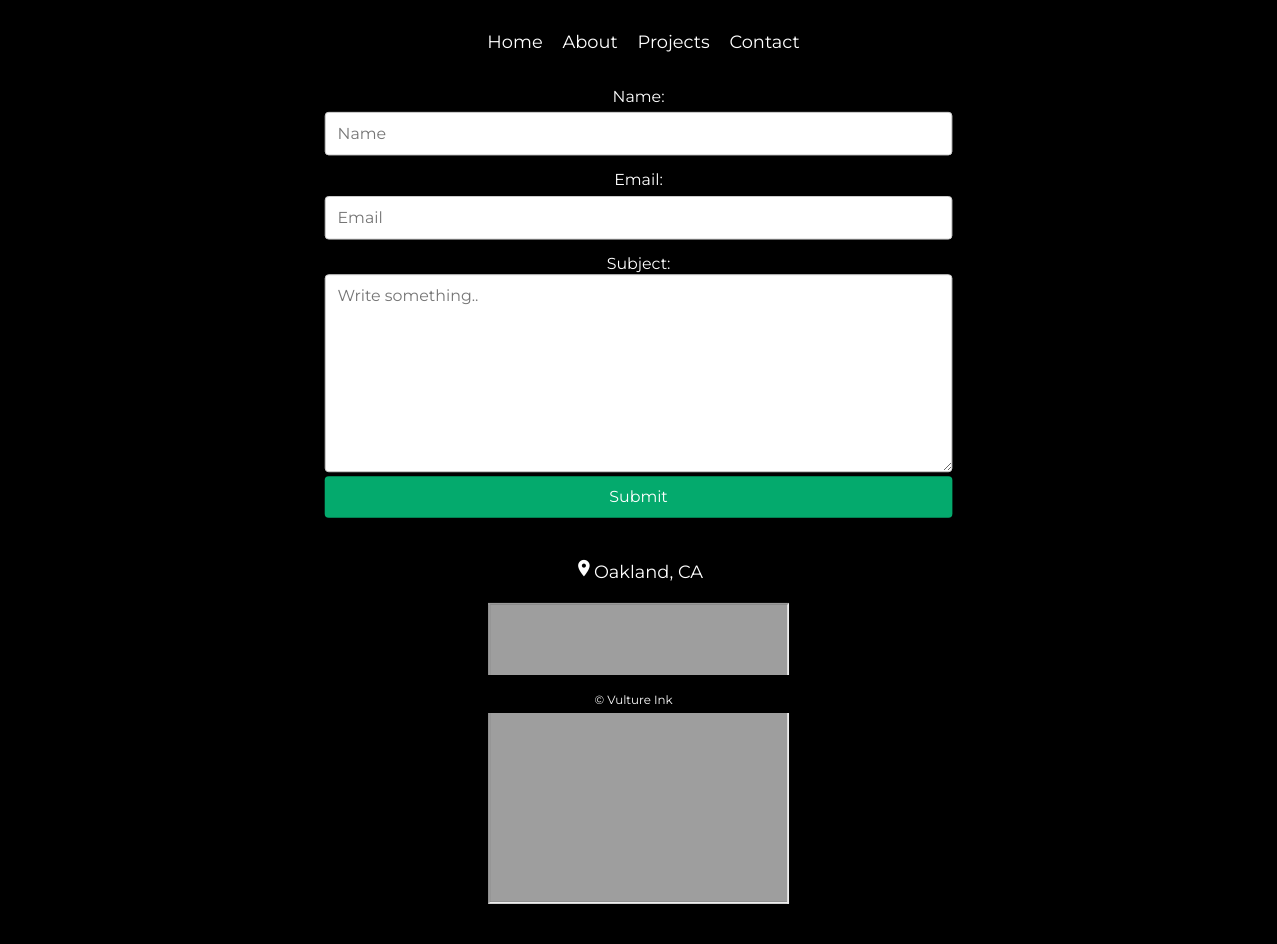
Repository: kaitlynMidori/anon_ink
Page: pages/Contact.html
These files come from the project's save history. The page is drawn as it stood at one moment and after the next save; the edit follows.
The browser window is 1280 px wide. The page is 1284 px wide, then 1290 px, then 1284 px, so the pictures cover 1290 px, including what lies to the right of the window. The pictures show the whole page, at 99% of full size.
Pictures or frames that could not be fetched are drawn as grey boxes. Some web libraries are served in a nearby version.

Above is the page before, as saved 2021-10-13 21:31:39.

After the next save:
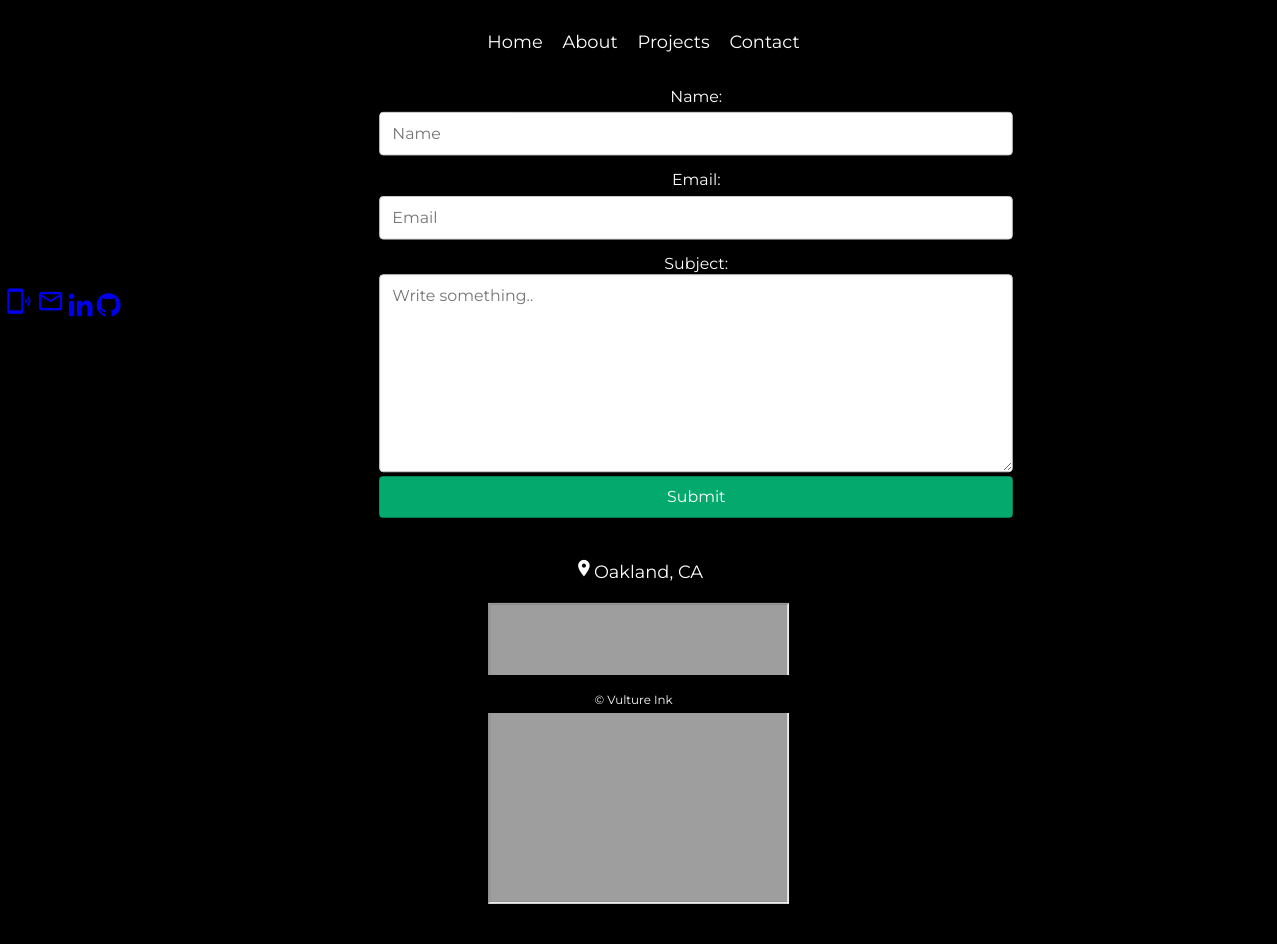
Saved 21 min 10 s later.
--- a/pages/Contact.html
+++ b/pages/Contact.html
@@ -30,6 +30,16 @@
 
       <!-- <h2>Get in Touch</h2> -->
       <div class="contact-container">
+
+        <div class="contact-bar">
+          <a href="tel:415-509-6490"><i class="material-icons" style="font-size:28px">phonelink_ring</i></a>
+
+          <a href="mailto:kaitlynmidori@gmail.com "><i class="material-icons" style="font-size:28px">mail_outline </i> </a>
+
+          <a href="http://www.linkedin.com/in/kaitlyn-midori" target="_blank"><i class="fa fa-linkedin" style="font-size:28px"></i></a>
+
+          <a href="https://www.github.com/kaitlynMidori"><i class="fa fa-github" style="font-size:28px"></i></a>
+        </div>
 
         <div class="contact-form">
             <form action="https://formspree.io/f/xrgoqyge" method="post">

After the save that followed:
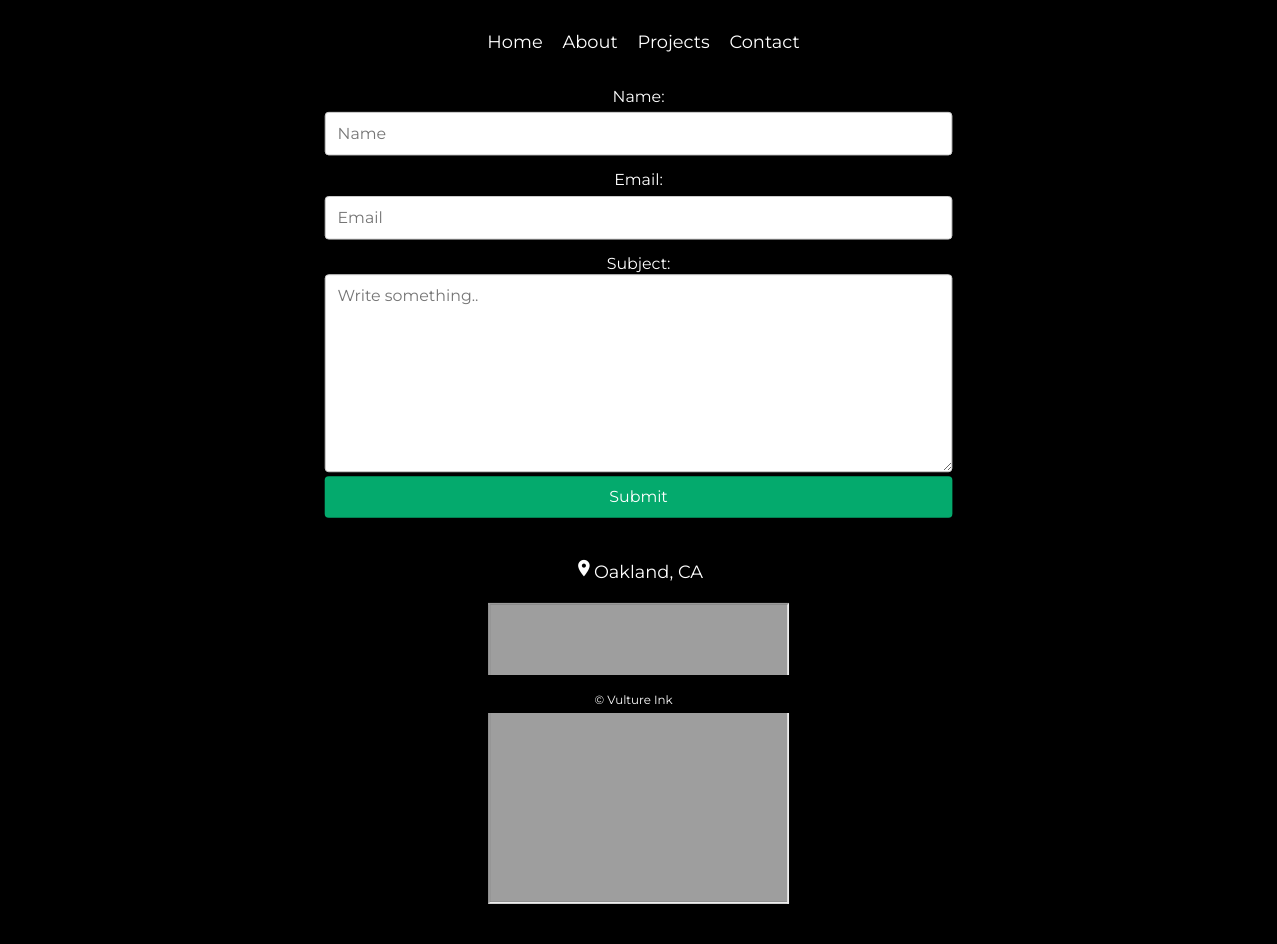
Saved 46 s later.
--- a/pages/Contact.html
+++ b/pages/Contact.html
@@ -30,16 +30,6 @@
 
       <!-- <h2>Get in Touch</h2> -->
       <div class="contact-container">
-
-        <div class="contact-bar">
-          <a href="tel:415-509-6490"><i class="material-icons" style="font-size:28px">phonelink_ring</i></a>
-
-          <a href="mailto:kaitlynmidori@gmail.com "><i class="material-icons" style="font-size:28px">mail_outline </i> </a>
-
-          <a href="http://www.linkedin.com/in/kaitlyn-midori" target="_blank"><i class="fa fa-linkedin" style="font-size:28px"></i></a>
-
-          <a href="https://www.github.com/kaitlynMidori"><i class="fa fa-github" style="font-size:28px"></i></a>
-        </div>
 
         <div class="contact-form">
             <form action="https://formspree.io/f/xrgoqyge" method="post">
